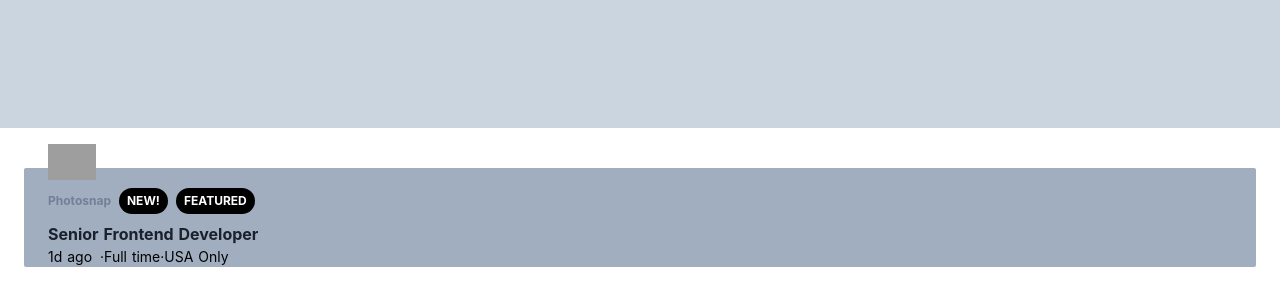
Repository: asongdon/frontendmentor-joblisting
Page: /
An editor plug-in stored every save of this project. The page is shown before and after the next save, followed by the edit.
The browser window is 1280 px wide. The pictures show the whole page.
Pictures or frames that could not be fetched are drawn as grey boxes. The project was rebuilt for these pictures with package versions that can differ from the ones it lists, and the page was loaded fresh each time. The framework's server and built-in components were replaced by stand-ins that run in the browser. Also part of the build but not shown: nuxt.config.js.

Above is the page before, as saved 2020-04-12 18:51:25.

After the next save:
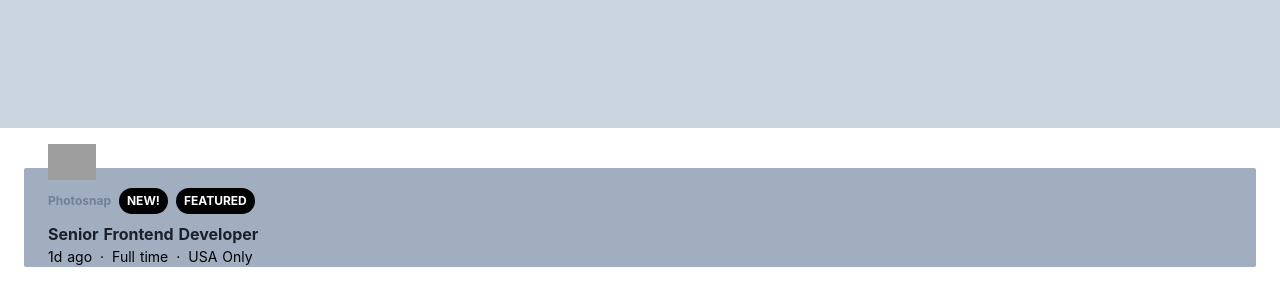
Saved 14 s later.
--- a/components/Maincard.vue
+++ b/components/Maincard.vue
@@ -23,9 +23,9 @@
 
     <div class="flex text-sm">
       <div class="mr-2">1d ago</div>
-      <div>·</div>
-      <div>Full time</div>
-      <div>·</div>
+      <div class="mr-2">·</div>
+      <div class="mr-2">Full time</div>
+      <div class="mr-2">·</div>
       <div>USA Only</div>
     </div>
 
